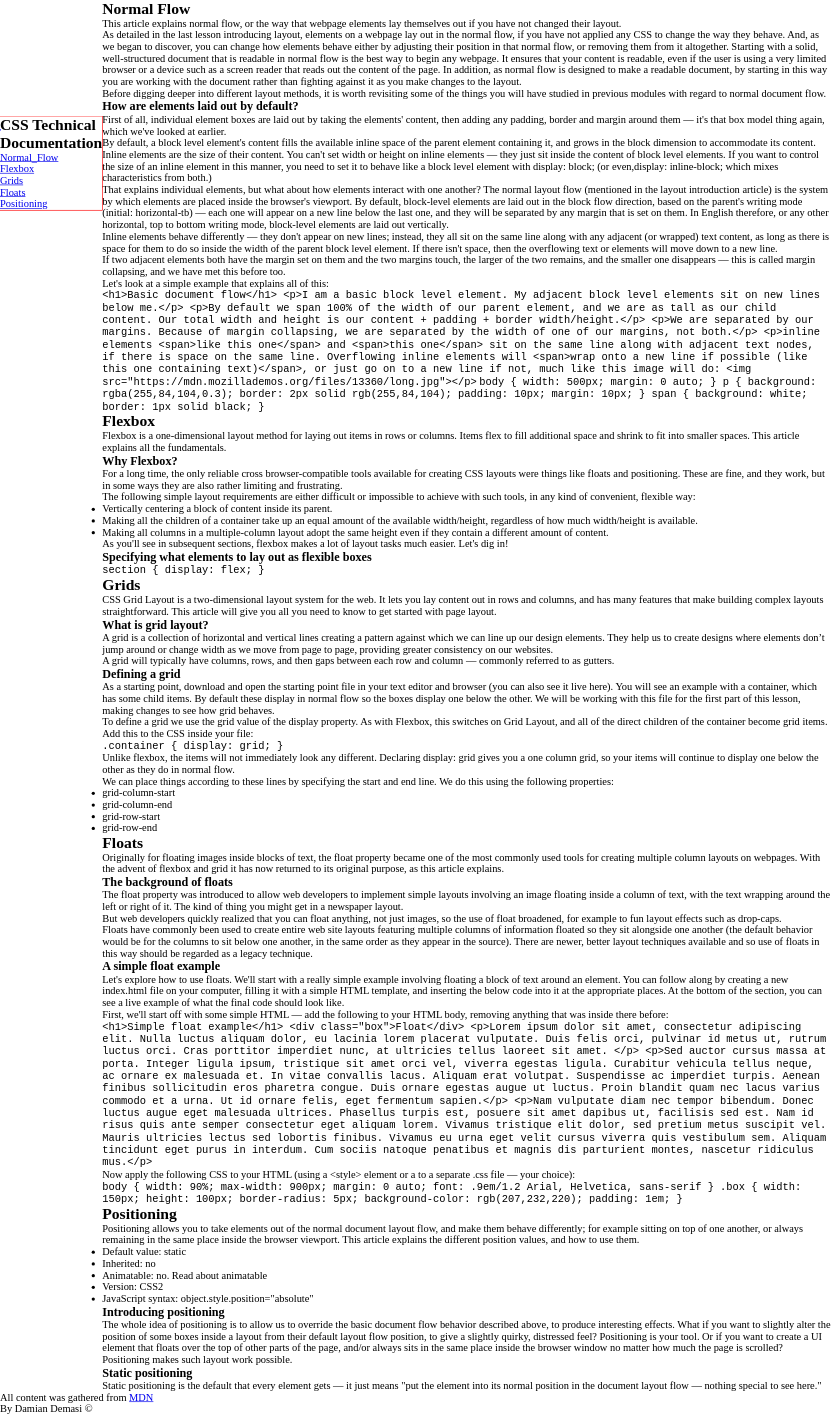
Repository: Colo-Codes/freecodecamp-04-Technical-Documentation-Page
Page: index.html
The author's editor kept a copy of each file at every save. The page is drawn from the files as they stood at one save, then again after the next save.
The browser window is 1280 px wide. The pictures show the whole page, at 65% of full size.

Above is the page before, as saved 2021-05-21 12:04:32.

### index.html
<!DOCTYPE html>
<html lang="en">

<head>
    <meta charset="UTF-8">
    <meta http-equiv="X-UA-Compatible" content="IE=edge">
    <meta name="viewport" content="width=device-width, initial-scale=1.0">
    <link rel="stylesheet" href="./resources/css/index.css" type="text/css">
    <title>Technical Documentation Page</title>
</head>

<body>
    <div id="flex-container">
        <div id="navbar-margin"></div>
        <header id="navbar-block">
            <nav id="navbar">
                <!-- On the left of screen, fixed (visible) -->
                <header>
                    <h1>CSS Technical Documentation</h1>
                </header>
                <ul>
                    <li><a href="#Normal_Flow" class="nav-link">Normal_Flow</a></li>
                    <li><a href="#Flexbox" class="nav-link">Flexbox</a></li>
                    <li><a href="#Grids" class="nav-link">Grids</a></li>
                    <li><a href="#Floats" class="nav-link">Floats</a></li>
                    <li><a href="#Positioning" class="nav-link">Positioning</a></li>
                </ul>
            </nav>
        </header>
        <main id="main-doc">
            <section class="main-section" id="Normal_Flow">
                <header>
                    <h2>Normal Flow</h2>
                </header>
                <p>This article explains normal flow, or the way that webpage elements lay themselves out if you have
                    not
                    changed their
                    layout.</p>
                <p>As detailed in the last lesson introducing layout, elements on a webpage lay out in the normal flow,
                    if
                    you have not
                    applied any CSS to change the way they behave. And, as we began to discover, you can change how
                    elements
                    behave
                    either by adjusting their position in that normal flow, or removing them from it altogether.
                    Starting
                    with a solid,
                    well-structured document that is readable in normal flow is the best way to begin any webpage. It
                    ensures that your
                    content is readable, even if the user is using a very limited browser or a device such as a screen
                    reader that reads
                    out the content of the page. In addition, as normal flow is designed to make a readable document, by
                    starting in
                    this way you are working with the document rather than fighting against it as you make changes to
                    the
                    layout.</p>
                <p>Before digging deeper into different layout methods, it is worth revisiting some of the things you
                    will
                    have studied
                    in previous modules with regard to normal document flow.</p>
                <h3>How are elements laid out by default?</h3>
                <p>First of all, individual element boxes are laid out by taking the elements' content, then adding any
                    padding, border
                    and margin around them — it's that box model thing again, which we've looked at earlier.
                </p>
                <p>By default, a block level element's content fills the available inline space of the parent element
                    containing it,
                    and grows in the block dimension to accommodate its content. Inline elements are the size of their
                    content. You
                    can't set width or height on inline elements — they just sit inside the content of block level
                    elements.
                    If you want
                    to control the size of an inline element in this manner, you need to set it to behave like a block
                    level
                    element
                    with display: block; (or even,display: inline-block; which mixes characteristics from both.)
                </p>
                <p>That explains individual elements, but what about how elements interact with one another? The normal
                    layout flow
                    (mentioned in the layout introduction article) is the system by which elements are placed inside the
                    browser's
                    viewport. By default, block-level elements are laid out in the block flow direction, based on the
                    parent's writing
                    mode (initial: horizontal-tb) — each one will appear on a new line below the last one, and they will
                    be
                    separated by
                    any margin that is set on them. In English therefore, or any other horizontal, top to bottom writing
                    mode,
                    block-level elements are laid out vertically.
                </p>
                <p>Inline elements behave differently — they don't appear on new lines; instead, they all sit on the
                    same
                    line along
                    with any adjacent (or wrapped) text content, as long as there is space for them to do so inside the
                    width of the
                    parent block level element. If there isn't space, then the overflowing text or elements will move
                    down
                    to a new
                    line.
                </p>
                <p>If two adjacent elements both have the margin set on them and the two margins touch, the larger of
                    the
                    two remains,
                    and the smaller one disappears — this is called margin collapsing, and we have met this before too.
                </p>
                <p>Let's look at a simple example that explains all of this:</p>
                <code>&lt;h1&gt;Basic document flow&lt;/h1&gt;

                &lt;p&gt;I am a basic block level element. My adjacent block level elements sit on new lines below me.&lt;/p&gt;

                &lt;p&gt;By default we span 100% of the width of our parent element, and we are as tall as our child content. Our total width and height is our content + padding + border width/height.&lt;/p&gt;

                &lt;p&gt;We are separated by our margins. Because of margin collapsing, we are separated by the width of one of our margins, not both.&lt;/p&gt;

                &lt;p&gt;inline elements &lt;span&gt;like this one&lt;/span&gt; and &lt;span&gt;this one&lt;/span&gt; sit on the same line along with adjacent text nodes, if there is space on the same line. Overflowing inline elements will &lt;span&gt;wrap onto a new line if possible (like this one containing text)&lt;/span&gt;, or just go on to a new line if not, much like this image will do: &lt;img src="https://mdn.mozillademos.org/files/13360/long.jpg"&gt;&lt;/p&gt;</code>
                <code>body {
                width: 500px;
                margin: 0 auto;
              }

              p {
                background: rgba(255,84,104,0.3);
                border: 2px solid rgb(255,84,104);
                padding: 10px;
                margin: 10px;
              }

              span {
                background: white;
                border: 1px solid black;
              }</code>


            </section>

            <section class="main-section" id="Flexbox">
                <header>
                    <h2>Flexbox</h2>
                </header>
                <p>Flexbox is a one-dimensional layout method for laying out items in rows or columns. Items flex to
                    fill
                    additional space and shrink to fit into smaller spaces. This article explains all the fundamentals.
                </p>
                <h3>Why Flexbox?</h3>
                <p>For a long time, the only reliable cross browser-compatible tools available for creating CSS layouts
                    were
                    things like floats and positioning. These are fine, and they work, but in some ways they are also
                    rather
                    limiting and frustrating.</p>
                <p>The following simple layout requirements are either difficult or impossible to achieve with such
                    tools,
                    in any kind of convenient, flexible way:</p>
                <ul>
                    <li>Vertically centering a block of content inside its parent.</li>
                    <li>Making all the children of a container take up an equal amount of the available width/height,
                        regardless of how much width/height is available.</li>
                    <li>Making all columns in a multiple-column layout adopt the same height even if they contain a
                        different amount of content.</li>
                </ul>
                <p>As you'll see in subsequent sections, flexbox makes a lot of layout tasks much easier. Let's dig in!
                </p>
                <h3>Specifying what elements to lay out as flexible boxes</h3>
                <code>section {
                display: flex;
              }</code>


            </section>

            <section class="main-section" id="Grids">
                <header>
                    <h2>Grids</h2>
                </header>
                <p>CSS Grid Layout is a two-dimensional layout system for the web. It lets you lay content out in rows
                    and
                    columns, and has many features that make building complex layouts straightforward. This article will
                    give you all you need to know to get started with page layout.</p>
                <h3>What is grid layout?</h3>
                <p>A grid is a collection of horizontal and vertical lines creating a pattern against which we can line
                    up
                    our design elements. They help us to create designs where elements don’t jump around or change width
                    as
                    we move from page to page, providing greater consistency on our websites.</p>
                <p>A grid will typically have columns, rows, and then gaps between each row and column — commonly
                    referred
                    to as gutters.</p>
                <h3>Defining a grid</h3>
                <p>As a starting point, download and open the starting point file in your text editor and browser (you
                    can
                    also see it live here). You will see an example with a container, which has some child items. By
                    default
                    these display in normal flow so the boxes display one below the other. We will be working with this
                    file
                    for the first part of this lesson, making changes to see how grid behaves.</p>
                <p>To define a grid we use the grid value of the display property. As with Flexbox, this switches on
                    Grid
                    Layout, and all of the direct children of the container become grid items. Add this to the CSS
                    inside
                    your file:</p>
                <code>.container {
                display: grid;
            }</code>
                <p>Unlike flexbox, the items will not immediately look any different. Declaring display: grid gives you
                    a
                    one column grid, so your items will continue to display one below the other as they do in normal
                    flow.
                </p>
                <p>We can place things according to these lines by specifying the start and end line. We do this using
                    the
                    following properties:</p>
                <ul>
                    <li>grid-column-start</li>
                    <li>grid-column-end</li>
                    <li>grid-row-start</li>
                    <li>grid-row-end</li>
                </ul>

            </section>

            <section class="main-section" id="Floats">
                <header>
                    <h2>Floats</h2>
                </header>
                <p>Originally for floating images inside blocks of text, the float property became one of the most
                    commonly
                    used tools for creating multiple column layouts on webpages. With the advent of flexbox and grid it
                    has
                    now returned to its original purpose, as this article explains.</p>
                <h3>The background of floats</h3>
                <p>The float property was introduced to allow web developers to implement simple layouts involving an
                    image
                    floating inside a column of text, with the text wrapping around the left or right of it. The kind of
                    thing you might get in a newspaper layout.</p>
                <p>But web developers quickly realized that you can float anything, not just images, so the use of float
                    broadened, for example to fun layout effects such as drop-caps.</p>
                <p>Floats have commonly been used to create entire web site layouts featuring multiple columns of
                    information floated so they sit alongside one another (the default behavior would be for the columns
                    to
                    sit below one another, in the same order as they appear in the source). There are newer, better
                    layout
                    techniques available and so use of floats in this way should be regarded as a legacy technique.</p>
                <h3>A simple float example</h3>
                <p>Let's explore how to use floats. We'll start with a really simple example involving floating a block
                    of
                    text around an element. You can follow along by creating a new index.html file on your computer,
                    filling
                    it with a simple HTML template, and inserting the below code into it at the appropriate places. At
                    the
                    bottom of the section, you can see a live example of what the final code should look like.</p>
                <p>First, we'll start off with some simple HTML — add the following to your HTML body, removing anything
                    that was inside there before:</p>
                <code>&lt;h1&gt;Simple float example&lt;/h1&gt;

                &lt;div class="box"&gt;Float&lt;/div&gt;

                &lt;p&gt;Lorem ipsum dolor sit amet, consectetur adipiscing elit. Nulla luctus aliquam dolor, eu lacinia lorem placerat vulputate. Duis felis orci, pulvinar id metus ut, rutrum luctus orci. Cras porttitor imperdiet nunc, at ultricies tellus laoreet sit amet. &lt;/p&gt;

                &lt;p&gt;Sed auctor cursus massa at porta. Integer ligula ipsum, tristique sit amet orci vel, viverra egestas ligula. Curabitur vehicula tellus neque, ac ornare ex malesuada et. In vitae convallis lacus. Aliquam erat volutpat. Suspendisse ac imperdiet turpis. Aenean finibus sollicitudin eros pharetra congue. Duis ornare egestas augue ut luctus. Proin blandit quam nec lacus varius commodo et a urna. Ut id ornare felis, eget fermentum sapien.&lt;/p&gt;

                &lt;p&gt;Nam vulputate diam nec tempor bibendum. Donec luctus augue eget malesuada ultrices. Phasellus turpis est, posuere sit amet dapibus ut, facilisis sed est. Nam id risus quis ante semper consectetur eget aliquam lorem. Vivamus tristique elit dolor, sed pretium metus suscipit vel. Mauris ultricies lectus sed lobortis finibus. Vivamus eu urna eget velit cursus viverra quis vestibulum sem. Aliquam tincidunt eget purus in interdum. Cum sociis natoque penatibus et magnis dis parturient montes, nascetur ridiculus mus.&lt;/p&gt;
            </code>
                <p>Now apply the following CSS to your HTML (using a &lt;style&gt; element or a
                    <link> to a separate .css file — your choice):
                </p>
                <code>
                body {
                    width: 90%;
                    max-width: 900px;
                    margin: 0 auto;
                    font: .9em/1.2 Arial, Helvetica, sans-serif
                  }

                  .box {
                    width: 150px;
                    height: 100px;
                    border-radius: 5px;
                    background-color: rgb(207,232,220);
                    padding: 1em;
                  }
                </code>

            </section>

            <section class="main-section" id="Positioning">
                <header>
                    <h2>Positioning</h2>
                </header>
                <p>Positioning allows you to take elements out of the normal document layout flow, and make them behave
                    differently; for example sitting on top of one another, or always remaining in the same place inside
                    the
                    browser viewport. This article explains the different position values, and how to use them.</p>
                <ul>
                    <li>Default value: static</li>
                    <li>Inherited: no</li>
                    <li>Animatable: no. Read about animatable</li>
                    <li>Version: CSS2</li>
                    <li>JavaScript syntax: object.style.position="absolute"</li>
                </ul>
                <h3>Introducing positioning</h3>
                <p>The whole idea of positioning is to allow us to override the basic document flow behavior described
                    above, to produce interesting effects. What if you want to slightly alter the position of some boxes
                    inside a layout from their default layout flow position, to give a slightly quirky, distressed feel?
                    Positioning is your tool. Or if you want to create a UI element that floats over the top of other
                    parts
                    of the page, and/or always sits in the same place inside the browser window no matter how much the
                    page
                    is scrolled? Positioning makes such layout work possible.</p>
                <h3>Static positioning</h3>
                <p>Static positioning is the default that every element gets — it just means "put the element into its
                    normal position in the document layout flow — nothing special to see here."</p>
            </section>
        </main>
    </div>
    <footer>
        <p>All content was gathered from <a href="https://developer.mozilla.org/en-US/docs/Learn/CSS/CSS_layout"
                target="_blank">MDN</a></p>
        By Damian Demasi &copy;
    </footer>
</body>

</html>

### resources/css/index.css
/* TODO - My Technical Documentation page should use at least one media query. */

/* Reset */
html {
    box-sizing: border-box;
    font-size: 16px;
}

*, *:before, *:after {
    box-sizing: inherit;
    margin: 0;
    padding: 0;
}

#flex-container {
    position: relative;
    display: flex;
    /* flex-flow: wrap; */
    /* align-items: flex-start; */
    align-items: baseline;
}
main {
    align-self: flex-start;
}

#navbar-margin {
    margin-top: 200px;
    outline: 1px solid blue;
}
#navbar-block {
    position: sticky;
    top: 20px;
    outline: 1px solid red;
    width: 200px;
}

h2 {
    position: sticky;
    top: 20px;
}

After the next save:
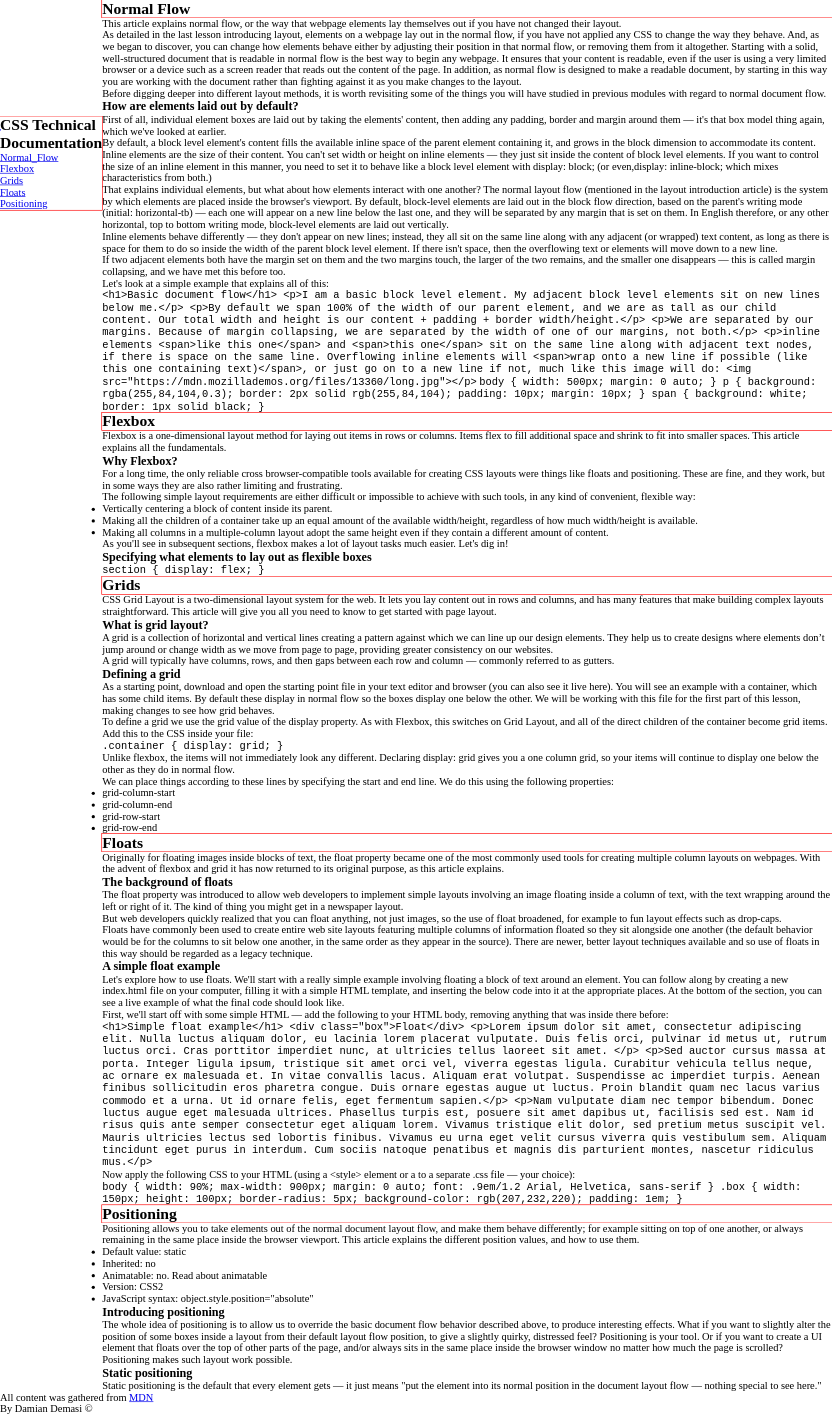
Saved 19 s later.
--- a/resources/css/index.css
+++ b/resources/css/index.css
@@ -37,4 +37,6 @@ main {
 h2 {
     position: sticky;
     top: 20px;
+    outline: 1px solid red;
+
 }
